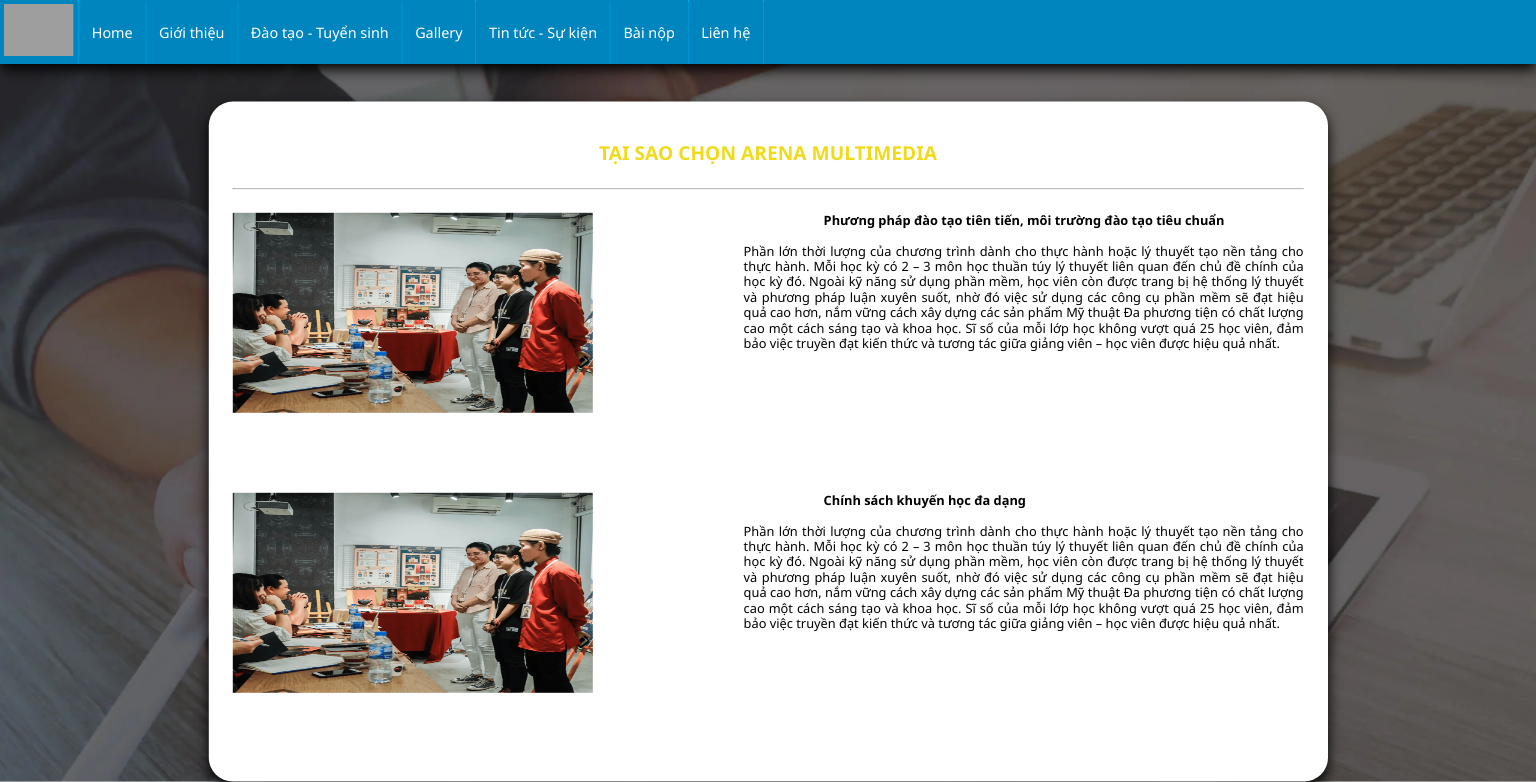
Repository: arena-dttan/dcw-final-exam-d2107m1
Page: final-list/DCW_Final_5_Nguyen-Thi-Thu-Huong_D2107M1/gioi-thieu.html
The author's editor kept a copy of each file at every save. The page is drawn from the files as they stood at one save, then again after the next save.
The browser window is 1280 px wide. The page is 1920 px wide, so the pictures cover 1920 px, including what lies to the right of the window. The pictures show the whole page, at 80% of full size.
Pictures or frames that could not be fetched are drawn as grey boxes.

Above is the page before, as saved 2022-06-26 15:36:04.

After the next save:
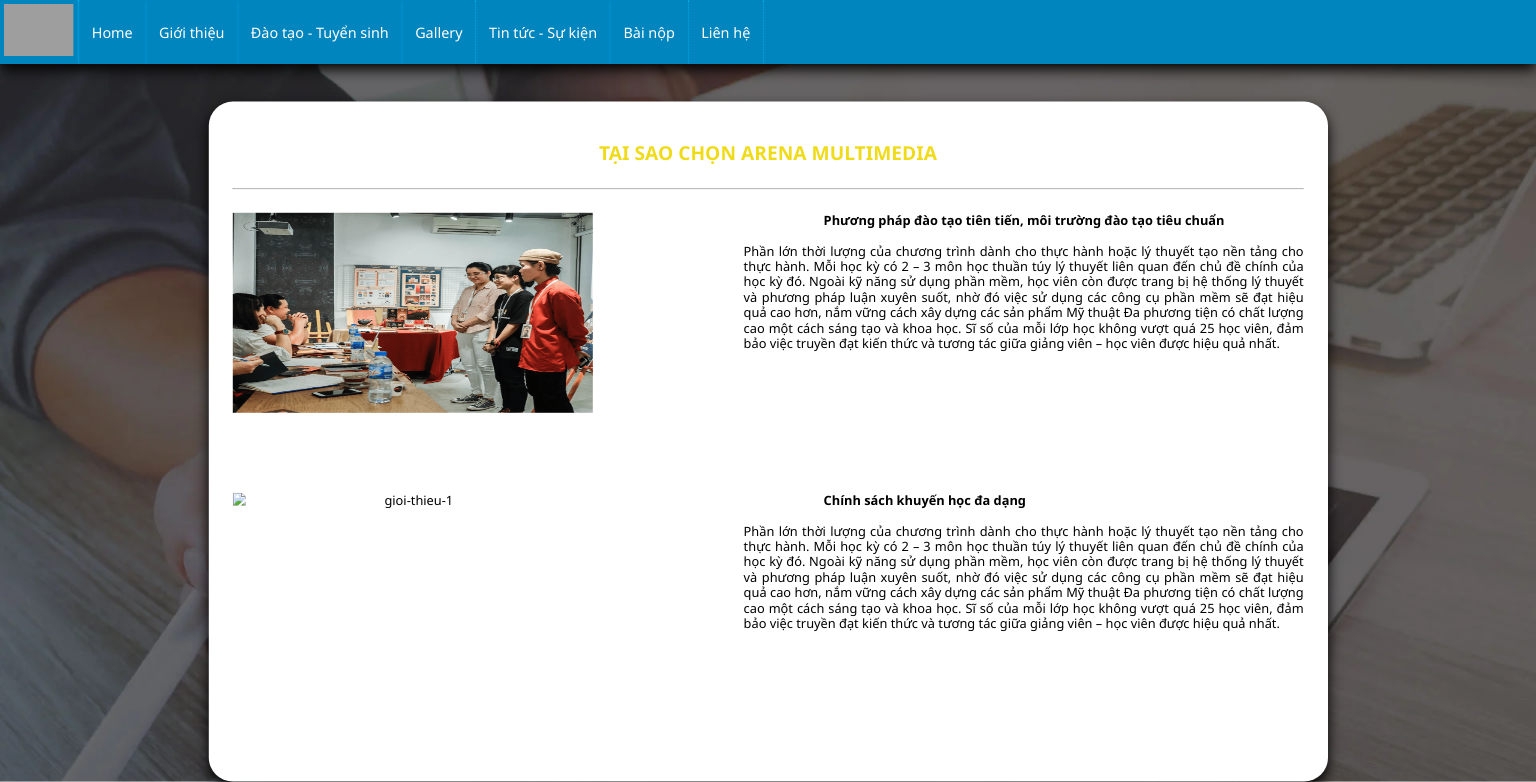
Saved 10 s later.
--- a/final-list/DCW_Final_5_Nguyen-Thi-Thu-Huong_D2107M1/gioi-thieu.html
+++ b/final-list/DCW_Final_5_Nguyen-Thi-Thu-Huong_D2107M1/gioi-thieu.html
@@ -95,7 +95,7 @@
                         chất lượng cao một cách sáng tạo và khoa học.
                         Sĩ số của mỗi lớp học không vượt quá 25 học viên, đảm bảo việc truyền đạt
                         kiến thức và tương tác giữa giảng viên – học viên được hiệu quả nhất.</P>
-                        <img src="./images/gioi-thieu-1.png" alt="gioi-thieu-1">
+                        <img src="" alt="gioi-thieu-1">
 
                     </div>
                 </div>
